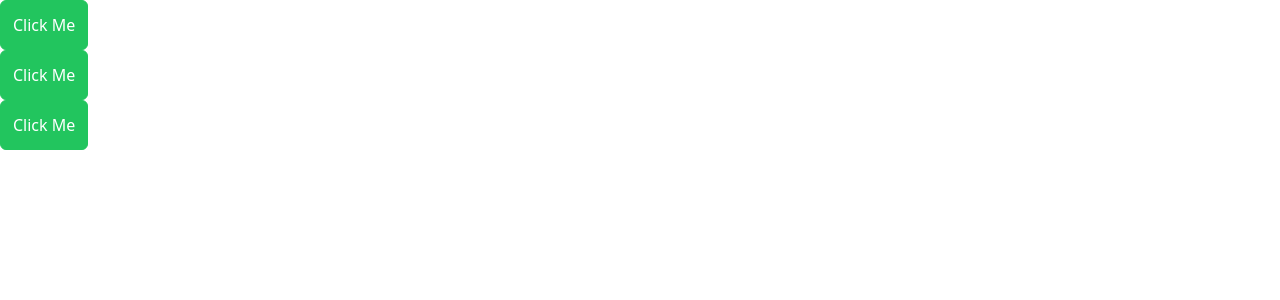
Repository: Marhamat92/reactroutefromstephen
Page: /
The author's editor kept a copy of each file at every save. The page is drawn from the files as they stood at one save, then again after the next save.
The browser window is 1280 px wide. The pictures show the whole page.
The project was rebuilt for these pictures with package versions that can differ from the ones it lists, and the page was loaded fresh each time. Also part of the build but not shown: src/App.css.

Above is the page before, as saved 2022-12-21 15:27:36.

### src/App.tsx
import React from "react";
import "./App.css";
import Button from "./components/Buttons/Button";

function App() {
  return (
    <div className='grid grid-cols-3'>
      <div className='col-span-3'>
        <Button large rounded success>
          Click Me
        </Button>
      </div>
      <div className='col-span-3'>
        <Button large rounded success>
          Click Me
        </Button>
      </div>
      <div className='col-span-3'>
        <Button large rounded success>
          Click Me
        </Button>
      </div>
    </div>
  );
}

export default App;

### src/components/Buttons/Button.tsx
import React from "react";
import className from "classnames";

type Props = {
  children: React.ReactNode;
  primary?: boolean;
  secondary?: boolean;
  success?: boolean;
  danger?: boolean;
  warning?: boolean;
  rounded?: boolean;
  outline?: boolean;
  className?: string;
  medium?: boolean;
  large?: boolean;
  rest?: any;
};

function Button({
  children,
  primary,
  secondary,
  success,
  danger,
  warning,
  rounded,
  outline,
  medium,
  large,
  ...rest
}: Props) {
  const classes = className(
    rest.className,
    "flex items-center px-3 py-1.5 border",
    {
      "border-blue-500 bg-blue-500 text-white": primary,
      "border-gray-900 bg-gray-900 text-white": secondary,
      "border-green-500 bg-green-500 text-white": success,
      "border-red-500 bg-red-500 text-white": danger,
      "border-yellow-500 bg-yellow-500 text-white": warning,
      "px-8 py-2": medium,
      "px-12 py-3": large,
      "rounded-md": rounded,
      "bg-white": outline,
      "text-blue-500": outline && primary,
      "text-gray-900": outline && secondary,
      "text-green-500": outline && success,
      "text-red-600": outline && danger,
      "text-yellow-500": outline && warning,
    }
  );

  return (
    <button {...rest} className={classes}>
      {children}
    </button>
  );
}

export default Button;

Loaded but not shown: public/index.html (common file); src/index.tsx (common file); src/index.css (common file); tailwind.config.js (common file)

After the next save:
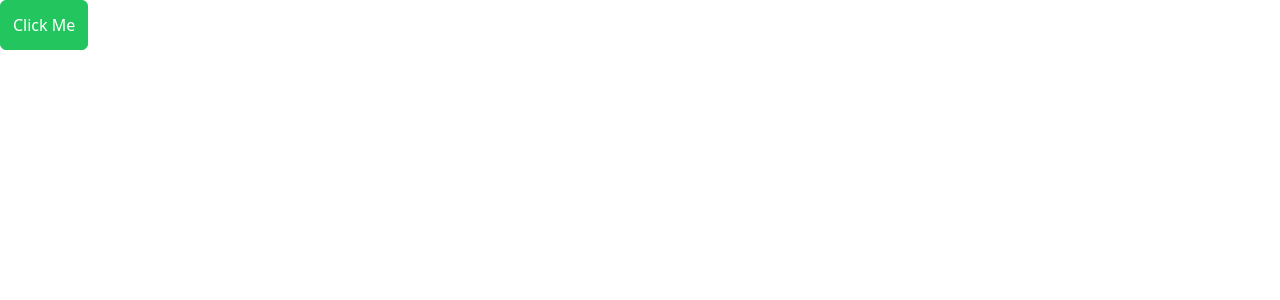
Saved 47 s later.
--- a/src/App.tsx
+++ b/src/App.tsx
@@ -4,18 +4,8 @@ import Button from "./components/Buttons/Button";
 
 function App() {
   return (
-    <div className='grid grid-cols-3'>
-      <div className='col-span-3'>
-        <Button large rounded success>
-          Click Me
-        </Button>
-      </div>
-      <div className='col-span-3'>
-        <Button large rounded success>
-          Click Me
-        </Button>
-      </div>
-      <div className='col-span-3'>
+    <div>
+      <div>
         <Button large rounded success>
           Click Me
         </Button>
